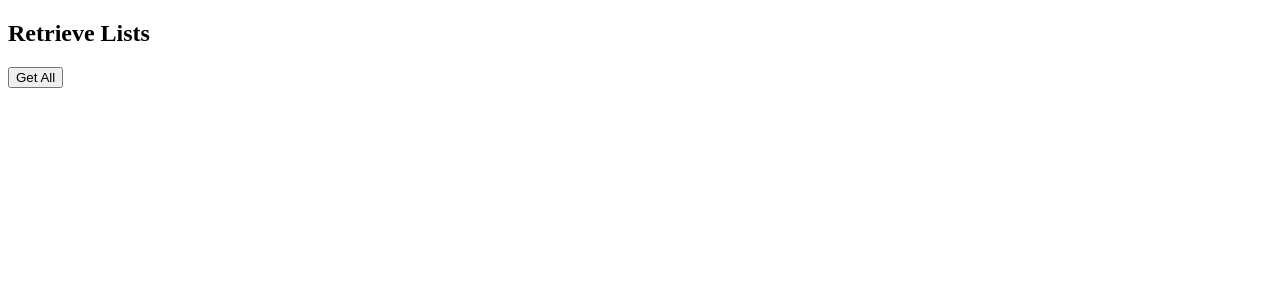
Repository: ndonnelly7/clinic-web-app
Page: http://localhost/SQLTest/jsp/review.jsp
An editor plug-in stored every save of this project. The page is shown before and after the next save, followed by the edit.
The browser window is 1280 px wide. The pictures show the whole page.
The page is served by Tomcat 9. Nobody is signed in. The application's start-up code is not run.

Above is the page before, as saved 2014-04-25 11:15:43.

### Web App/SQLTest/war/jsp/review.jsp
<%@ page language="java" contentType="text/html; charset=ISO-8859-1"
    pageEncoding="ISO-8859-1"%>
<!DOCTYPE html PUBLIC "-//W3C//DTD HTML 4.01 Transitional//EN" "http://www.w3.org/TR/html4/loose.dtd">
<html>
<head>
<meta http-equiv="Content-Type" content="text/html; charset=ISO-8859-1">
<title>Review</title>
</head>
<body>
<h2>Retrieve Lists</h2>
<input type="button" value="Get All" onclick="RetrieveAll()">

</body>
</html>

After the next save:
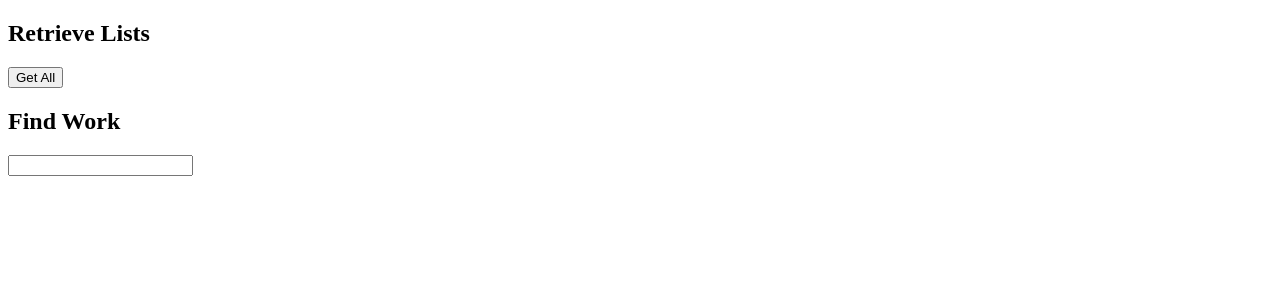
Saved 63 s later.
--- a/Web App/SQLTest/war/jsp/review.jsp
+++ b/Web App/SQLTest/war/jsp/review.jsp
@@ -9,6 +9,10 @@
 <body>
 <h2>Retrieve Lists</h2>
 <input type="button" value="Get All" onclick="RetrieveAll()">
+<br>
+<h2>Find Work</h2>
+<input type="text" id="work_text" onclick="FindWork()">
+<br>
 
 </body>
 </html>
